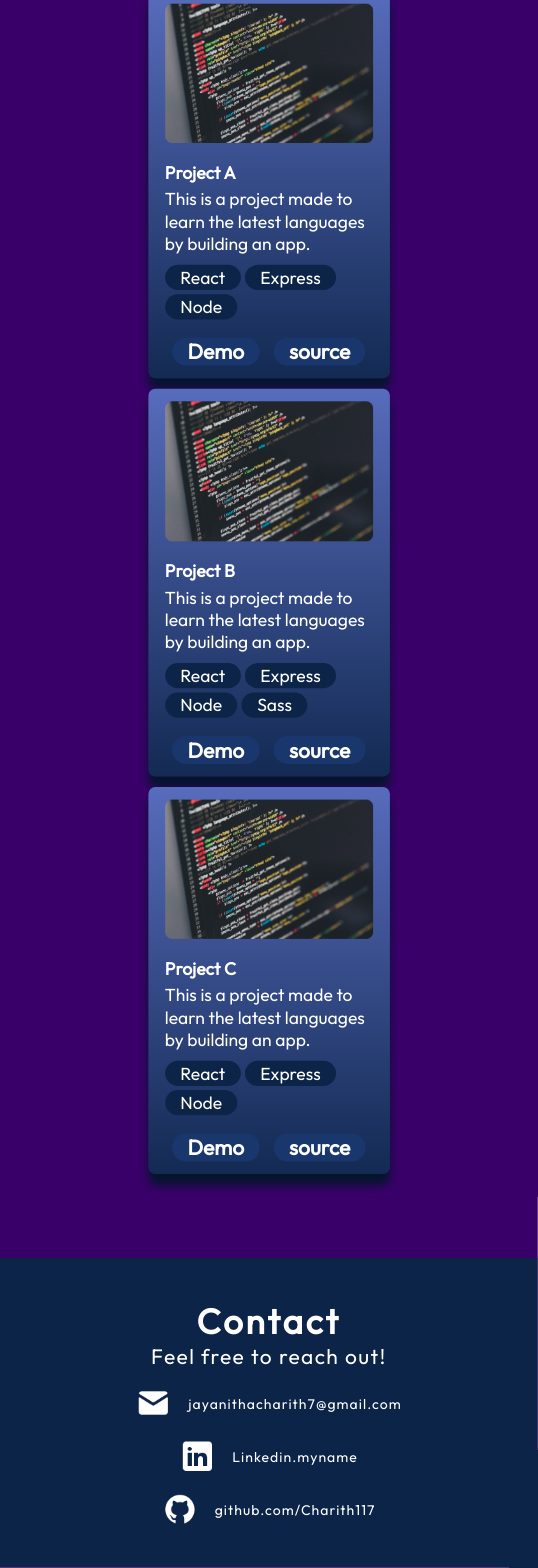
Repository: Charith117/personl-portfolio
Page: /
An editor plug-in stored every save of this project. The page is shown before and after the next save, followed by the edit.
The browser window is 768 px wide. The pictures show the part of the page from y = 3735 to 5975 px (the page is 5975 px tall), at 70% of full size.
The project was rebuilt for these pictures with package versions that can differ from the ones it lists, and the page was loaded fresh each time. Also part of the build but not shown: vite.config.js.

Above is the page before, as saved 2024-06-18 11:51:32.

### index.html
<!doctype html>
<html lang="en">
  <head>
    <meta charset="UTF-8" />
    <link rel="icon" type="image/svg+xml" href="/vite.svg" />
    <meta name="viewport" content="width=device-width, initial-scale=1.0" />
    <title>My portfolio</title>
  </head>
  <body>
    <div id="root"></div>
    <script type="module" src="/src/main.jsx"></script>
  </body>
</html>

### src/main.jsx
import React from 'react'
import ReactDOM from 'react-dom/client'
import App from './App.jsx'
import './index.css'
import "@fontsource/outfit"
import "@fontsource/roboto"
ReactDOM.createRoot(document.getElementById('root')).render(
  <React.StrictMode>
    <App />
  </React.StrictMode>,
)

### src/App.jsx
import styles from "./App.module.css"
import About from "./components/About/About"
import { Contacts } from "./components/Contact/Contacts"
import Experience from "./components/Experience/Experience"
import Hero from "./components/Hero/Hero"
import Navbar from "./components/Navbar/Navbar"
import { Projects } from "./components/Projects/Projects"




function App() {


  return (
    <>
      <div className={styles.App}>
        <Navbar />
        <Hero/>
        <About/>
        <Experience/>
        <Projects/>
       <Contacts/>
      </div>
    </>
  )
}

export default App

### src/index.css
*{
  box-sizing: border-box;
  margin: 0;
  padding: 0;
  font-family: "outfit",Arial,Helvetica,sans-serif;
}
html{
  scroll-behavior: smooth;
}

### src/App.module.css
@import "./var.css";

.App{
    background-color:var(--color-bg);
    width: 100%;
    height: 100%;
    overflow: hidden;

}

### src/components/About/About.jsx
import React from 'react'
import styles from "./About.module.css"
import {getImageUrl} from "../../util";

const About = () => {
  return (
    <section className={styles.container}id='about'>
        <h2 className={styles.title}>about</h2>
        <div className={styles.content}>
            <img className={styles.aboutImage} src={getImageUrl("about/aboutImage.png")} alt="mMe sitting with the laptop" />
            <ul className={styles.aboutItems}>
                <li className={styles.aboutItem}>
                    <img src={getImageUrl("about/cursorIcon.png")} alt="cursor icon" />
                    <div className={styles.aboutItemText}>
                        <h3>Frontend Developer</h3>
                        <p>I'm a frontend developer with a passion for building responsive, scalable, and maintainable</p>
                    </div>
                </li>

                <li className={styles.aboutItem} >
                    <img src={getImageUrl("about/serverIcon.png")} alt="cursor icon" />
                    <div className={styles.aboutItemText}>
                        <h3>Backend Developer</h3>
                        <p>I'm a backend developer with a passion for building scalable, secure, and efficient</p>

                    </div>
                </li>

                <li className={styles.aboutItem}>
                    <img src={getImageUrl("about/uiIcon.png")} alt="cursor icon" />
                    <div className={styles.aboutItemText}>
                        <h3>UI/UX Designer</h3>
                        <p>I'm a UI/UX designer with a passion for building intuitive, user-friendly,</p>
                    </div>
                </li>
            </ul>
        </div>
    </section>
  )
}

export default About

### src/components/Contact/Contacts.jsx
import React from 'react'
import {getImageUrl} from "../../util"
import styles from "./Contact.module.css"
export const Contacts = () => {
  return (
    <footer className={styles.container}>
    <div className={styles.text}>
        <h2>Contact</h2>
        <p>Feel free to reach out!</p>
    </div>
    <ul className={styles.links}>
        <li className={styles.link}>
            <img src={getImageUrl("contact/emailIcon.png")} alt="emial icon" />
            <a href="mailto:jayanithacharith7@gmail.com">jayanithacharith7@gmail.com</a>
        </li>
        <li className={styles.link}>
            <img src={getImageUrl("contact/linkedinIcon.png")} alt="linked icon" />
            <a href="https://www.linkedin.com/myname">Linkedin.myname</a>
        </li>
        <li className={styles.link}>
            <img src={getImageUrl("contact/githubIcon.png")} alt="emial icon" />
            <a href="https://github.com/Charith117">github.com/Charith117</a>
        </li>
    </ul>
</footer>
  )
}

### src/components/Experience/Experience.jsx
import React from 'react'
import skills from "../../data/skills.json"
import history from "../../data/history.json"
import styles from "./Experience.module.css"
import { getImageUrl } from '../../util'
const Experience = () => {
  return (

    <section className={styles.container} id='experience'>
        <h2 className={styles.title}>Experience</h2>
        <div className={styles.content}>
            <div className={styles.skills}>
              { skills.map((skill, id)=>{
                    return (
                    <div key={id} className={styles.skill}>
                                <div className={styles.skillImageContainer}><img src={getImageUrl(skill.imageSrc)} alt={skill.title} />

                                </div>
                                <p>{skill.title}</p>
                         </div>

                         );
               })}
            </div>
            <ul className={styles.history}>
                {
                    history.map((historyItem,id)=>{
                        return <li key={id} className={styles.historyItem}>
                                <img src={getImageUrl(historyItem.imageSrc)}
                                alt={`${historyItem.organisation}Logo`} />

                                <div className={styles.historyItemDetails}>
                                    <h3>{`${historyItem.role},${historyItem.organisation}`}</h3>
                                    <p>{`${historyItem.startDate}-${historyItem.endDate}`}</p>
                                    <ul>
                                        {historyItem.experiences.map((experience,id)=>{
                                            return <li key={id}>{experience}</li>
                                        })}
                                    </ul>
                                </div>
                        </li>
                    })
                }
            </ul>
        </div>
    </section>
  )
}

export default Experience

### src/components/Hero/Hero.jsx
import React from 'react'
import styles from "./Hero.module.css";
import {getImageUrl} from"../../util";

const Hero = () => {
  return (
    <section className={styles.container}>
    <div className={styles.content}>
        <h1 className={styles.title}>Hi im Charith</h1>
        <p className={styles.description}>
            Im Full satck developer but im still lerning things so if you need im here
        </p>


     <div class="buttonContainer">
         <a href="mailto:jayanithacharith7@gmail.com" class={styles.contactBtn}>Contact me</a>
          <a href="path/to/your/CV.pdf" download class={styles.downloadBtn}>Download CV</a>
    </div>

    </div>
    <img className={styles.heroImg} src={getImageUrl("hero/heroImage.png")} alt="Her" />
    <div className={styles.topBlur}></div>
    <div className={styles.bottomBlur}></div>
  </section>
  );

};

export default Hero

### src/components/Navbar/Navbar.jsx
import React,{useState} from 'react';
import styles from "./Navbar.module.css";

import{getImageUrl} from "../../util";

const Navbar = () => {

const[menuOpen,setMenuOpen]=useState(false);



  return <nav className={styles.navbar}>
    <a className={styles.title} href="/">Portfolio</a>

    <div className={styles.menu}>
        <img className={styles.menuBtn}
        src={
          menuOpen
          ? getImageUrl("nav/closeIcon.png")
          : getImageUrl("nav/menuIcon.png")
          }
          onClick={()=>setMenuOpen(!menuOpen)}

          />
        <ul
        className={`${styles.menuitems} ${menuOpen && styles.menuOpen}`}
          onclick={()=>setMenuOpen(false)}
        >
                 <li>
                      <a href="#about">About</a>
                </li>
                 <li>
                      <a href="#experience">Experience</a>
                </li>
                <li>
                      <a href="#projects">Projects</a>
                </li>
                 <li>
                     <a href="#about">About</a>
                </li>
        </ul>
    </div>
  </nav>
}

export default Navbar

### src/components/Projects/Projects.jsx
import React from 'react'
import styles from "./Projects.module.css"
import Project from "../../data/project.json"
import {ProjectCard} from "./ProjectCard"


export const Projects = () => {
  return (
    <section className={styles.container} id='projects'>
        <h2 className={styles.title}>Projects</h2>
        <div className={styles.projects}>
          {Project.map((project,id)=>{
            return <ProjectCard key={id} project={project}/>;
          })}
        </div>
    </section>
  )
}

### src/var.css
:root{
    /* colors */
    --color-text:#fff;
    --color-primary:#19376d;
    --color-secondary:#f7f7f7;
    --color-dark:#0b2447;
    --color-bg:#3a006a;


    /* fonts */
    --font-roboto:"Roboto";

}

### src/components/About/About.module.css
@import "../../var.css";


.container{
    position:relative;
    background-color: rgba(12, 12, 12,0.6);
    border-radius: 15px;
    padding: 73px;
    margin-top: 129px;
    z-index: 1;
    margin-left: 10%;
    margin-right: 10%;
}

.title{
    color: var(--color-text);
    font-size: 35px;
    font-weight: 700;
    letter-spacing: 1.75px;
    text-transform: uppercase;
}

.content{
    display: flex;
    flex-direction: row;
    align-items: center;
}
.aboutImage{
    width: 25%;
}

.aboutItems{
    color:var(--color-text);
    display: flex;
    flex-direction:  column;
    gap: 50px;

}

.aboutItem{
    display:flex;
    flex-direction: row;
    align-items: center;
    border-radius:20px;
    list-style: none;
    padding: 25px;
    background-image: linear-gradient(90deg,
    rgba(165,215,232,0.42)0%,
    rgba(225,225,225,0)100%

    );

    background-size: 0 100%;
    background-repeat: no-repeat;
    transition:0.4s;

}

.aboutItem:hover{
background-size:100% 100%;

}

.about{
    font-size: 25px;
    font-weight: 600;
}

.aboutItem p{
    font-size: 25px;

}

@media screen and (max-width :830px){
  .container{
    background-color:transparent;
    padding-left: 0;
    padding-right: 0;

  }

  .content{
    font-display: column;

  }
  .aboutImage{
    display: none;
  }
  .aboutItems{
    margin-top: 29px;
  }
  .aboutItem{
    padding-left: 0;
  }

}

### src/util.js
export const getImageUrl=(path)=>{
    return new URL(`/assets/${path}`,import.meta.url).href;
}

### src/components/Contact/Contact.module.css
@import "../../var.css";


.container{
    color: var(--color-text);
    margin-top: 120px;
    background-color: var(--color-dark);
    display: flex;
    flex-direction: row;
    justify-content: space-evenly;
    width: 100vw;
    padding: 58px 10%;
    gap: 10px;


}

.text h2{
    font-size: 80px;
    font-weight: 700;
    letter-spacing: 4px;
}

.text p{
    font-size: 40px;
    font-weight: 400;
    letter-spacing: 2px;
}


.links{
    display: flex;
    flex-direction: column;
    align-items: flex-start;
    list-style: none;
    gap: 26px;
}
.link{
    display: flex;
    align-items: center;
    gap: 25px;
}
.link a{
    color:var(--color-text);
    text-decoration: none ;
    font-size: 30px;
    font-weight: 400;
    letter-spacing: 1.5px;
}

@media screen and (max-width:830px){
    .container{
            flex-direction: column;
            gap: 23px;

        }

    .text{
        display: flex;
        flex-direction: column;
        align-items: center;


    }

    .links{
        align-items: center;
    }
    .text h2{
        font-size: 50px;
        font-weight: 700;
        letter-spacing: 4px;
    }

    .text p{
        font-size: 30px;
        font-weight: 400;
        letter-spacing: 2px;
    }

    .link a{
        color:var(--color-text);
        text-decoration: none ;
        font-size: 20px;
        font-weight: 400;
        letter-spacing: 1.5px;

    }

}

### src/components/Experience/Experience.module.css
@import "../../var.css";


.container{
    color:var(--color-text);
    margin-top: 79px;
    margin-left: 10%;
    margin-right: 10%;
}

.title{
    color:var(--color-text);
    font-size: 35px;
    font-weight: 700;
    letter-spacing: 1.75px;
    text-transform: uppercase;
}

.content{
    display: flex;
    flex-direction:row ;
    justify-content: space-evenly;
    margin-top: 14px;
}
.skills{
    width: 50%;
    display: flex;
    flex-wrap:wrap;
    gap:37px;
    justify-content: center;


}

.skill{
     display: flex;
     flex-direction: column;
     align-items: center;
     gap: 11px;
}

.skillImageContainer{
    background-color:var(--color-secondary) ;
    border-radius: 100%;
    display: flex;
    align-items: center;
    justify-content: center;
    width: 120px;
    height: 120px;
}

.skillImageContainer img{

width: 75px;

}
.skill p{
    font-size: 25px;
    font-family:var(--font-roboto);
    font-weight: 500;
}

.history{
    width: 45%;
    display: flex;
    flex-direction: column;
    gap: 40px;
}

.historyItem{
    display:flex;
    flex-direction: row;
    align-items:center;
    gap:17px;
    background: #19376d;
    background: linear-gradient(90deg,#19376d 0%,rgba(25,55,100,0)100%);
    border-radius: 10px;
    padding: 24px;
}
.history img{
    width: 50px;

}

.historyItemDetails{
    font-family:var(--font-roboto);
}
.historyItemDetails h3{
    font-size: 30px;
    font-weight: 500;
}
.historyItemDetails h3{
    font-size: 20px;
    font-weight: 300;
}
.historyItemDetails ul{
    margin-top: 6px;
    list-style-position: inside;
    font-size: 25px;
    list-style-type: disc;
    margin-left: 17px;

}

@media screen and (max-width:830px){

    .content{

     flex-direction:column;
     align-items:center;
     gap: 34px;
    }


    .skills{
        width: 100px;
        flex-direction: row;
        justify-content: center;


    }
    .history{
        width: 100%;
        gap: 9px;

    }
    .title{
        text-align: center;
    }
}

### src/components/Hero/Hero.module.css
@import "../../var.css";

.container{

    position: relative;
    display: flex;
    align-items: center;
    justify-content: space-between;
    margin-top:49px;
    z-index: 1;
    margin-left: 10%;
    margin-right: 10%;


}

.content{
    display: flex;
    flex-direction: column;
    align-items:flex-start;
    color:var(--color-text);
    z-index: 1;
}
.title{
    font-size: 72px;
    font-weight: 900;
    margin-bottom: 33px;
    font-family: var(--font-roboto);
    background :linear-gradient(90deg,rgba(255,255,255,1)70%,
    rgba(255,255,255,0)120%);

}
.description{
    font-size: 25px;
    font-family: var(--font-roboto);
    margin-bottom: 20px;

}
.contactBtn, .downloadBtn {
    text-decoration: none;
    background-color: var(--color-primary);
    color: var(--color-text);
    border-radius: 100px;
    font-size: 25px;
    font-weight: 600;
    padding: 15px 22px;
    box-shadow: 0 0 4px 0 rgba(0, 0, 0, 0.25);
    display: inline-block; /* Ensure it behaves like a button */
    margin: 0 10px;

}

.downloadBtn:hover{
    color:rgb(53, 52, 53);
    background-color:blanchedalmond;
}
.contactBtn:hover{
    color:rgb(53, 52, 53);
    background-color:blanchedalmond;
}



.buttonContainer{
    display: flex;

    align-items: center;
}
.heroImg{
    width: 50%;
    z-index: 1;


    animation: floating 3s ease-in-out infinite;
}

@keyframes floating{
    0%{
        transform: translate(0,0px);
    }
    50%{
        transform: translate(0,10px);
    }

    100%{
        transform: translate(0,-0px);
    }


}
.topBlur{
    position: absolute;
    width: 50vw;
    height: 50vw;
    min-width: 350px;
    min-height: 350px;
    top: -120px;
    left: 25vw;
    background-repeat: 500px;
    background:rgba(25, 55, 109, 0.7);
    filter:blur(100px);
    z-index: 0;

}
/* .bottomBlur{
    position: absolute;
    width: 70vw;
    height: 50vw;
    min-width: 350px;
    min-height: 250px;
    top: 264px;
    left: -25vw;
    background-repeat: 764px;
    background:rgba(25, 55, 109, 0.7);
    filter:blur(100px);
    z-index: 0;
    overflow: hidden;

} */

@media screen and (max-width:830px) {
    .container{
        flex-direction:column-reverse;
    }
    .content{
        align-items:center;
    }
    .title{
        font-size: 50px;
        font-weight: 900;
        margin-bottom: 33px;
        font-family: var(--font-roboto);
        background :linear-gradient(90deg,rgba(255,255,255,1)70%,
        rgba(255,255,255,0)120%);

        -webkit-text-fill-color:transparent;
        -webkit-background-clip: text ;
    }

    .contactBtn, .downloadBtn {
        text-decoration: none;
        background-color: var(--color-primary);
        color: var(--color-text);
        border-radius: 100px;
        font-size: 18px;
        font-weight: 600;
        padding: 12px 20px;
        box-shadow: 0 0 4px 0 rgba(0, 0, 0, 0.25);
        display: inline-block; /* Ensure it behaves like a button */
        margin: 0 5px;
        margin-top: 5px;
    }
}

### src/components/Navbar/Navbar.module.css
@import "../../var.css";

.navbar{

    position: relative;
    display: flex;
    align-items: center;
    justify-content: space-between;
    padding-top: 61px;
    z-index: 2;
    margin: 0 10%;
}
.title{
    font-size:30px;
    font-weight: 600;
    text-decoration: none;
    color:var(--color-text);

}
.menu{
    display: flex;

}
.menuitems{
    display:flex;
    gap: 47px;
    list-style: none;
}
.menuitems a{
    font-size: 25px;
    text-decoration: none;
    color:var(--color-text);
}
.menuBtn{
    display: none;


}


@media screen and (max-width: 830px){
    .navbar{
        flex-direction: column;
        align-items:flex-start;
    }

    .menu{
        position: absolute;
        right: 0;
        margin-right: 10%;
        flex-direction: column;
        align-items:flex-end;
        gap: 11px;
        z-index: 3;
    }
    .menuBtn{
        display: block;
        cursor: pointer;

    }
    .menuitems{
        display: none;
        flex-direction: column;
        align-items: center;
        gap: 13px;
        border-radius:10px;
        padding: 5px;
        background:rgb(25,55,109);




    }
    .menuOpen{
        display: flex;
        z-index: 1;
    }
}

### src/components/Projects/Projects.module.css
@import "../../var.css";


.container{
    margin-top: 76px;
    color: var(--color-text);
    margin-left: 10%;
    margin-right: 10%;
}
.title{
    font-size: 35px;
    font-weight: 700;
    letter-spacing: 1.75px;
    text-transform: uppercase;
}

.projects{
    margin-top: 37px;
    display: flex;
    flex-direction: row;
    flex-wrap: wrap;
    align-items: center;
    justify-content:center;
    gap: 15px;
    width: 100%;

}

### src/components/Projects/ProjectCard.jsx
import React from 'react'
import styles from "./ProjectCard.module.css"
import {getImageUrl} from "../../util"

export const ProjectCard = ({project:{title,imageSrc,description,demo,source,skills}}) => {
  return (
    <div className={styles.container} id='project'>
          <img
          className={styles.image}
          src={getImageUrl(imageSrc)}
          alt={`image of${title}`}/>

          <h3 className={styles.title}>{title}</h3>
          <p className={styles.description}>{description}</p>

          <ul className={styles.skills}>
            {skills.map((skill,id)=>{
             return <li  key={id} className={styles.skill}>{skill}</li>
            })}
          </ul>

          <div className={styles.links}>
            <a href={demo}className={styles.link}>Demo</a>
            <a href={source}className={styles.link}>source

            </a>
          </div>
  </div>
   );
};

### src/components/Projects/ProjectCard.module.css
@import "../../var.css";


.container{
    display: flex;
    flex-direction: column;
    border-radius:10px;
    background: linear-gradient(180deg,#576cbc 0%,#132a53 100%);
    box-shadow: 0 16px 14px 0 #04152d;
    padding: 18px 24px;
    max-width: 345px;


}
.image{
    margin-bottom: 26px;

}
.title{
    font-size: 25px;
    font-weight: 700;
}

.description{
    margin-top: 6px;
    font-size: 25px;
    font-weight: 400;
}
.skills{
    width: 100%;
    margin-top: 14px;
    display: flex;
    font-display: row;
    flex-wrap: wrap;
    gap: 6px;
    list-style: none;
}

.skill{
    font-size: 25px;
    font-weight: 400;
    border-radius:100px;
    background:var(--color-dark);
    padding: 2px 22px;


}
.links{
    width: 100%;
    margin-top: 26px;
    display: flex;
    justify-content: space-around;

}

.link{
    text-decoration: none;
    color:var(--color-text);
    font-size: 30px;
    font-weight: 600;
    border-radius:100px;
    background:var(--color-primary);
    padding: 1px 22px;

}

Loaded but not shown: src/data/skills.json (common file); src/data/history.json (common file); src/data/project.json (common file)

After the next save:
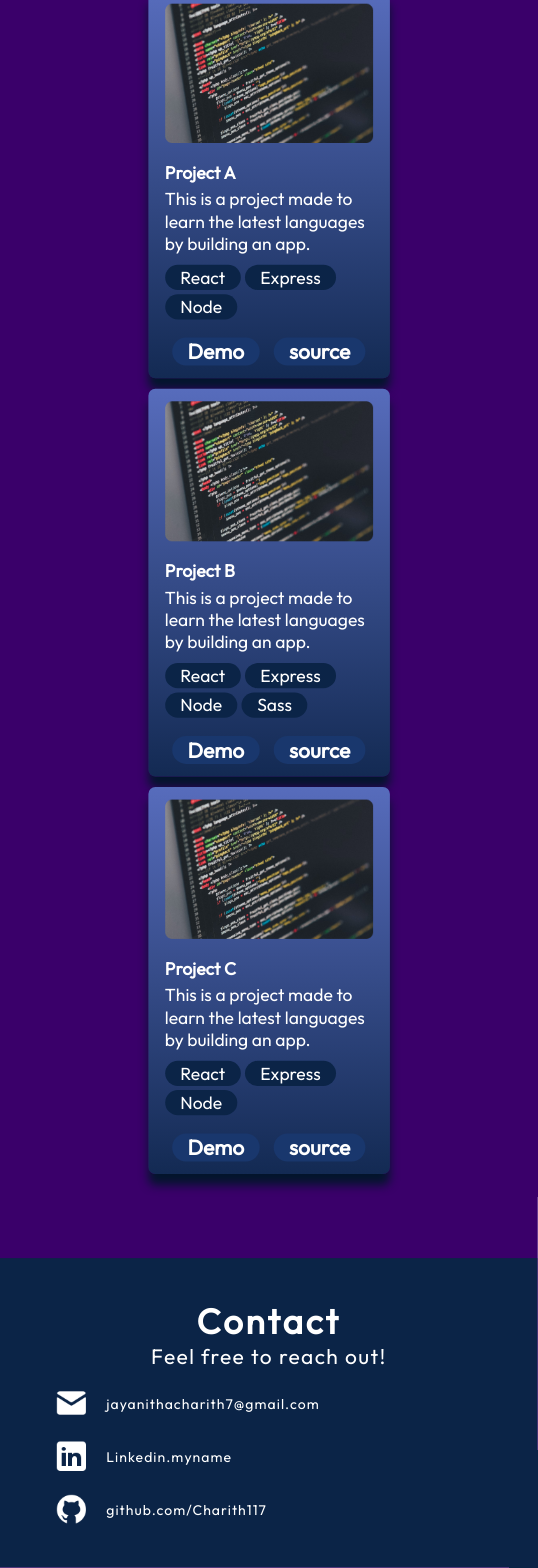
Saved 11 s later.
--- a/src/components/Contact/Contact.module.css
+++ b/src/components/Contact/Contact.module.css
@@ -64,7 +64,7 @@
     }
 
     .links{
-        align-items: center;
+        align-items: ;
     }
     .text h2{
         font-size: 50px;
